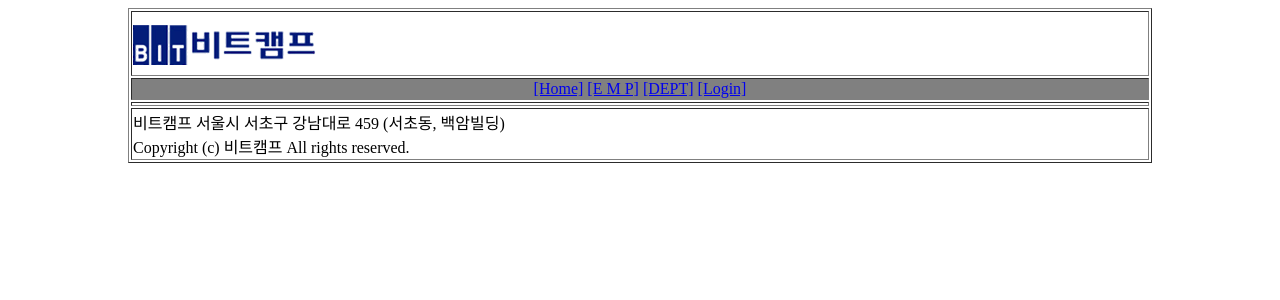
Repository: Lee-seongBeom/bitclass
Page: http://localhost/web06/delete.jsp
The author's editor kept a copy of each file at every save. The page is drawn from the files as they stood at one save, then again after the next save.
The browser window is 1280 px wide. The pictures show the whole page.
The page is served by Tomcat 9.

Above is the page before, as saved 2020-07-06 08:19:51.

### web/web06/WebContent/delete.jsp
<%@ page language="java" contentType="text/html; charset=EUC-KR"
    pageEncoding="EUC-KR"%>
<!DOCTYPE html PUBLIC "-//W3C//DTD HTML 4.01 Transitional//EN" "http://www.w3.org/TR/html4/loose.dtd">
<html>
<head>
<meta http-equiv="Content-Type" content="text/html; charset=EUC-KR">
<title>Insert title here</title>
</head>
<body>
	<table border="1" width="1024" align="center">
		<tr>
			<td>
				<img src="img/logo.png">
			</td>
		</tr>
		<tr>
			<td bgcolor="gray" align="center">
				<a href="./">[Home]</a>
				<a href="/web06/list.jsp">[E M P]</a>
				<a href="#">[DEPT]</a>
				<a href="#">[Login]</a>
			</td>
		</tr>
		<tr>
			<td>
			<!--content start  -->
			<!--POST -->
			<!--GET  -->
			<form method="post">

			</form>
			<!--content end -->
			</td>
		</tr>
		<tr>
			<td>비트캠프 서울시 서초구 강남대로 459 (서초동, 백암빌딩)<br>
				Copyright (c) 비트캠프 All rights reserved.
			</td>
		</tr>
	</table>
</body>
</html>

After the next save:
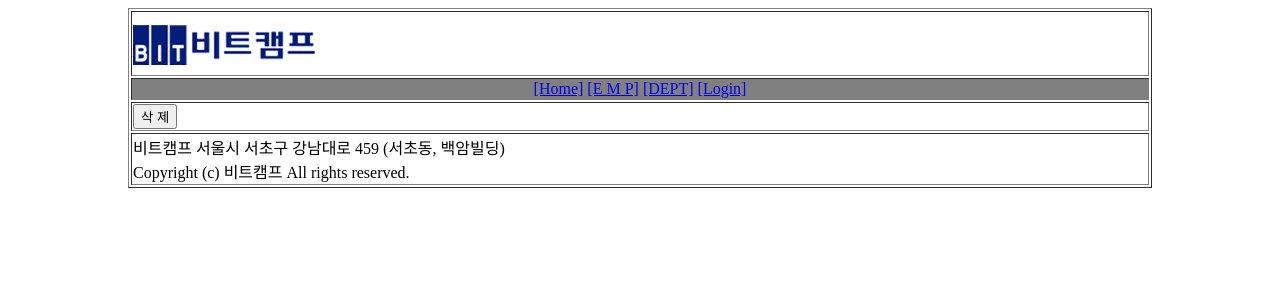
Saved 16 s later.
--- a/web/web06/WebContent/delete.jsp
+++ b/web/web06/WebContent/delete.jsp
@@ -27,7 +27,7 @@
 			<!--POST -->
 			<!--GET  -->
 			<form method="post">
-
+				<input type="submit" value="삭 제">
 			</form>
 			<!--content end -->
 			</td>
